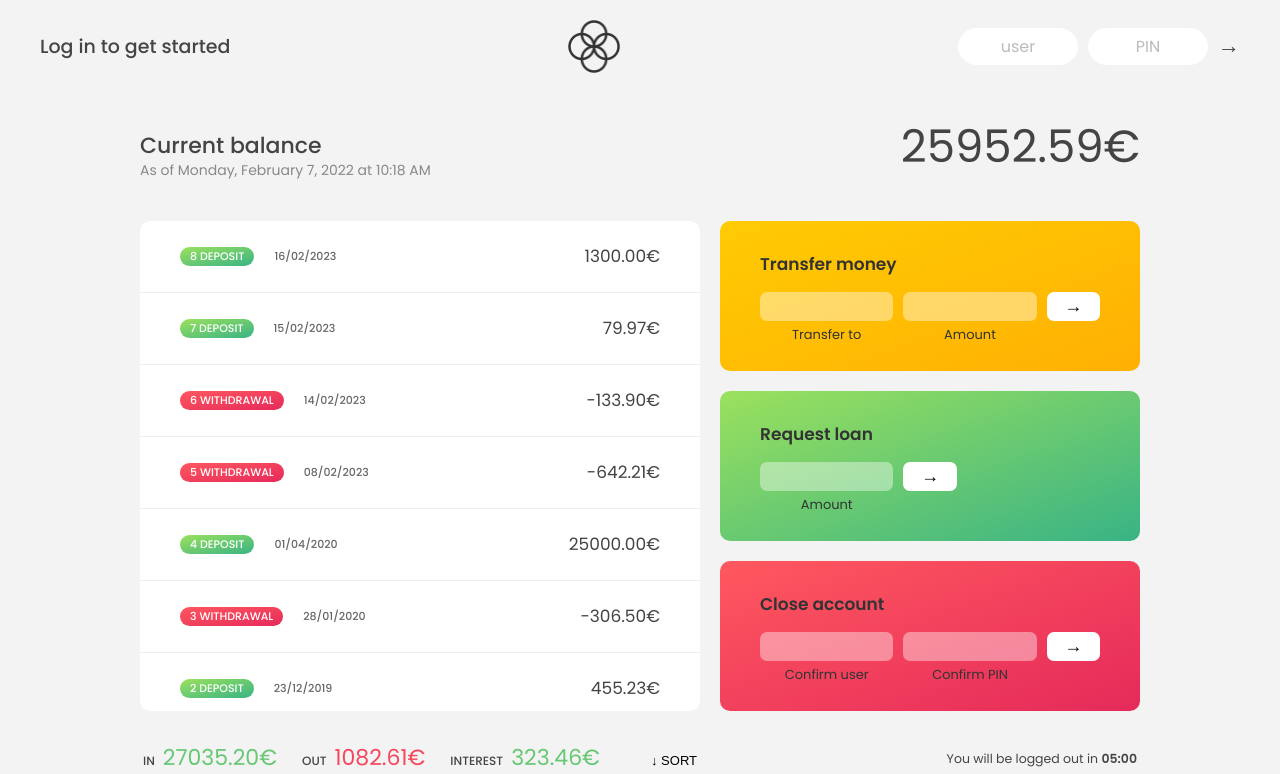
Repository: otvertka/jsc_12
Page: index.html
These files come from the project's save history. The page is drawn as it stood at one moment and after the next save; the edit follows.
The browser window is 1280 px wide. The pictures show the whole page.
An inner scrolling area shows only its first screen.

Above is the page before, as saved 2023-02-17 13:05:06.

After the next save:
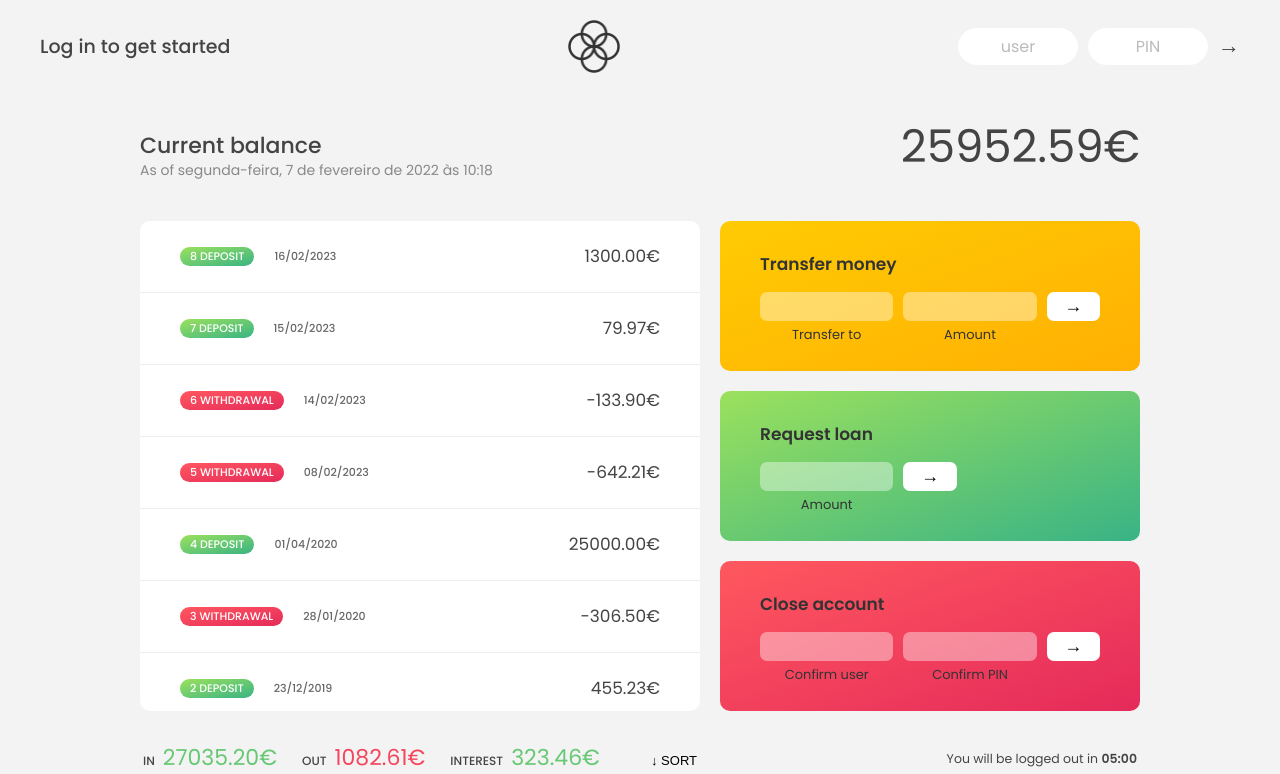
Saved 29 s later.
--- a/script.js
+++ b/script.js
@@ -194,7 +194,7 @@ const options = {
   year: 'numeric',
   weekday: 'long',
 };
-labelDate.textContent = new Intl.DateTimeFormat('en-US', options).format(now); // ПЕреводим в формат страны
+labelDate.textContent = new Intl.DateTimeFormat('pt-PT', options).format(now); // ПЕреводим в формат страны
 
 btnLogin.addEventListener('click', function (e) {
   // Prevent form from submitting
